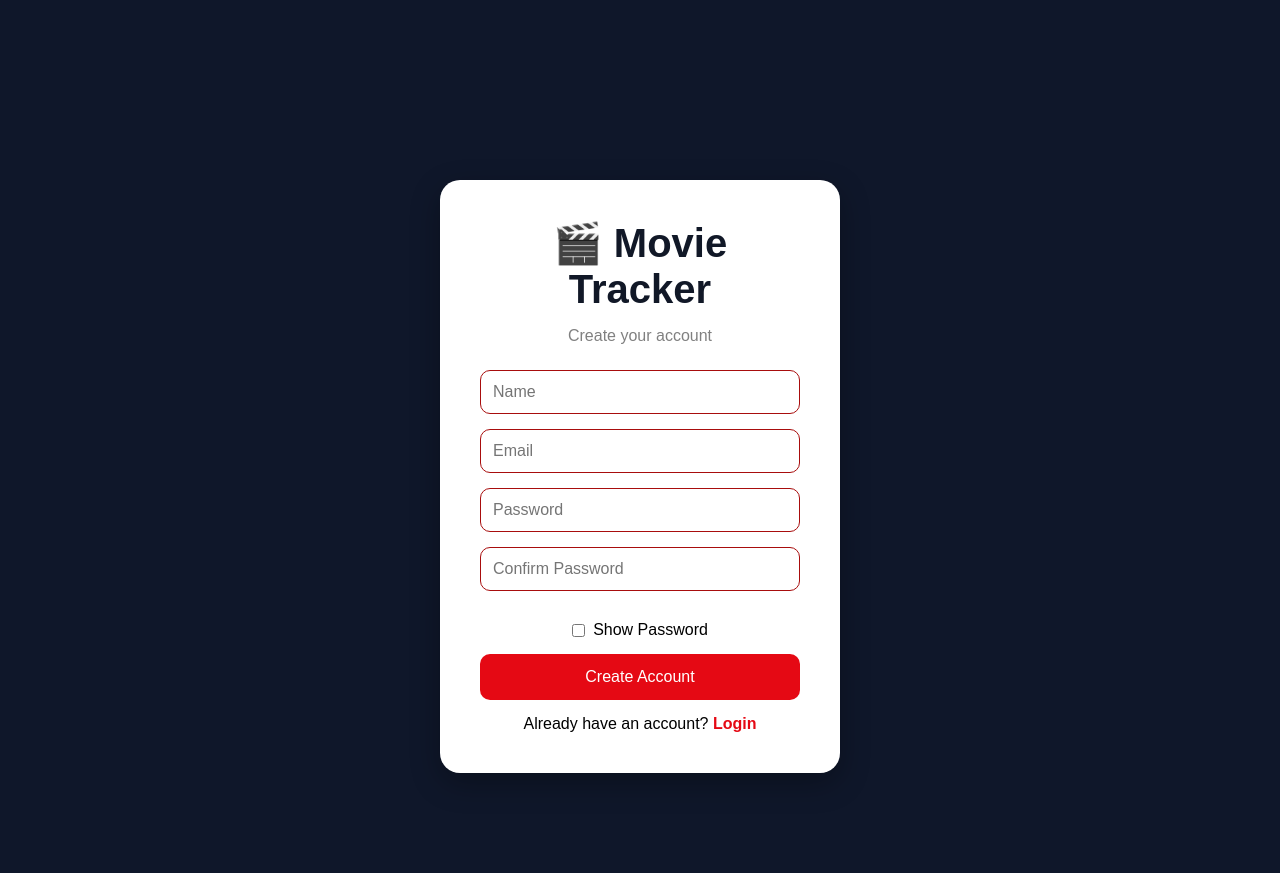
Repository: Dinesh-Codebais/movie-tracker
Page: signup.html
These files come from the project's save history. The page is drawn as it stood at one moment and after the next save; the edit follows.
The browser window is 1280 px wide. The pictures show the whole page.

Above is the page before, as saved 2026-06-22 10:53:59.
Console error: TypeError: Cannot read properties of null (reading 'addEventListener')

After the next save:
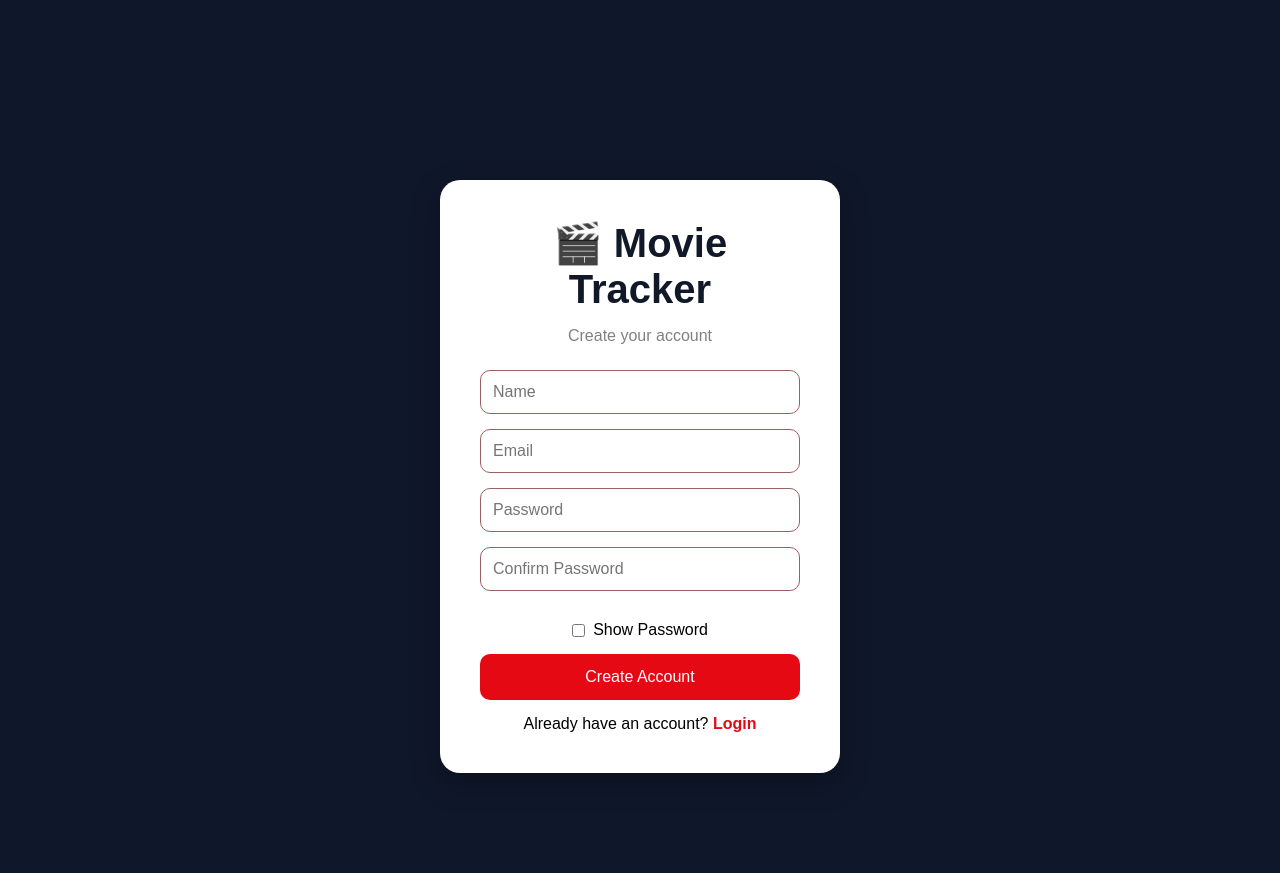
Saved 18 s later.
--- a/style.css
+++ b/style.css
@@ -556,7 +556,7 @@ body{
     width:100%;
     padding:12px;
     margin-bottom:15px;
-    border:1px solid #a80d0d;
+    border:1px solid #9a5f5f;
     border-radius:10px;
     font-size:16px;
 }
